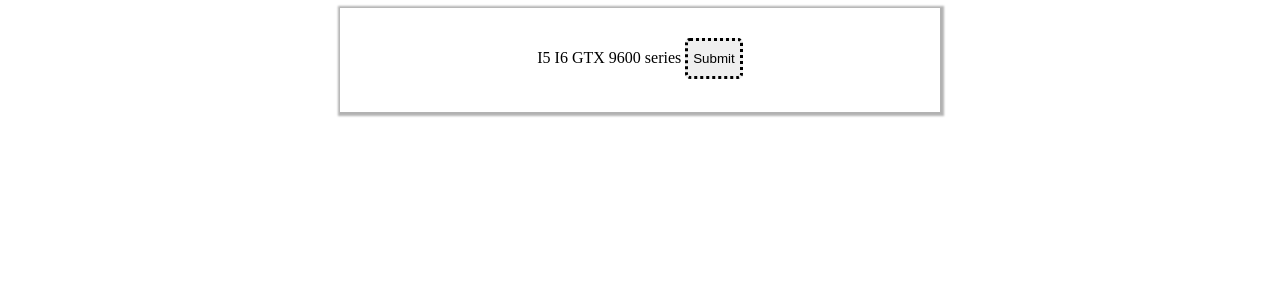
Repository: maxigarrett/2doAnio2doCuatrimestre
Page: http://localhost/primeraWeb1/ManejoSesiones/adicionales.jsp
The author's editor kept a copy of each file at every save. The page is drawn from the files as they stood at one save, then again after the next save.
The browser window is 1280 px wide. The pictures show the whole page.
The page is served by Tomcat 9.

Above is the page before, as saved 2020-11-09 13:13:56.

### tec java eclipse/primeraWeb1/WebContent/ManejoSesiones/adicionales.jsp
<%@ page language="java" contentType="text/html; charset=ISO-8859-1"
    pageEncoding="ISO-8859-1"%>
<!DOCTYPE html PUBLIC "-//W3C//DTD HTML 4.01 Transitional//EN" "http://www.w3.org/TR/html4/loose.dtd">
<html>
<head>
<meta http-equiv="Content-Type" content="text/html; charset=ISO-8859-1">
<title>Insert title here</title>
<link rel="stylesheet" href="styles.css">
</head>
<body>
	<div class="form-inicio">
		<form class="form-datos"  action="cargaDatos.jsp" method="post">

			<input type="checkbox" name="procesadori5" value="i5" >I5
			<input type="checkbox" name="procesadori6" value="i6">I6
			<input type="checkbox" name="gpu" value="GTX 9600 series">GTX 9600 series

			<input type="submit">

		</form>
	</div>
</body>
</html>

### tec java eclipse/primeraWeb1/WebContent/ManejoSesiones/styles.css
@charset "ISO-8859-1";

.form-inicio
{
	width: 80%;
	max-width: 600px;
	margin: auto;
	display: flex;
	flex-direction:column;
	justify-content: center;
	align-items: center;
	box-shadow: 1px 1px 2px 3px  rgba(0, 0, 0, .3);
}
.form-inicio form
{
	padding: 30px 0;
}
.form-inicio form > input
{
	border: none;
	border-radius: 5px;
	padding: 10px 5px;
	margin-bottom: 3px;
	border: dotted;
}
.form-inicio h3
{
	animation: colores 2s;
	animation-timing-function: linear;
    animation-duration: 3s;
	animation-iteration-count: infinite;
}

@keyframes colores
{
  0%
  {
    color: black;
  }
  50%
  {
    color:red;
  }

}



/*ESTILOS FORM DE PC QUE DESEA COMPRAR*/
.form-inicio .form-datos  input[type="checkbox"]
{
	display: none;
}
.form-inicio .form-datos label
{
	 color: #0074D9;
    display: inline-block;
    padding: 5px 5px 5px 51px;/*sentido horario*/
    position: relative;
    font-size: 14px;
    border-radius: 3px;
    cursor: pointer;
    transition: all 1.2s ease;
    font-weight: 600;
}
.form-inicio .form-datos label:hover
{
	background-color: rgba(0, 116, 217, 0.1);
}
.form-inicio .form-datos label::before
{
	content:"";
	display: inline-block;
    width: 17px;
    height: 17px;
    border: 3px solid #0074D9;
    position: absolute;
    top: 4px;
    left: 5px;
}
.form-inicio .form-datos input[type="checkbox"]:checked +label
{
	padding: 7px 15px;
    background-color: #0074D9;
    color: #fff;
    border-radius: 2px;
}
.form-inicio .form-datos input[type="checkbox"]:checked +label::before
{
	display:none;
}

After the next save:
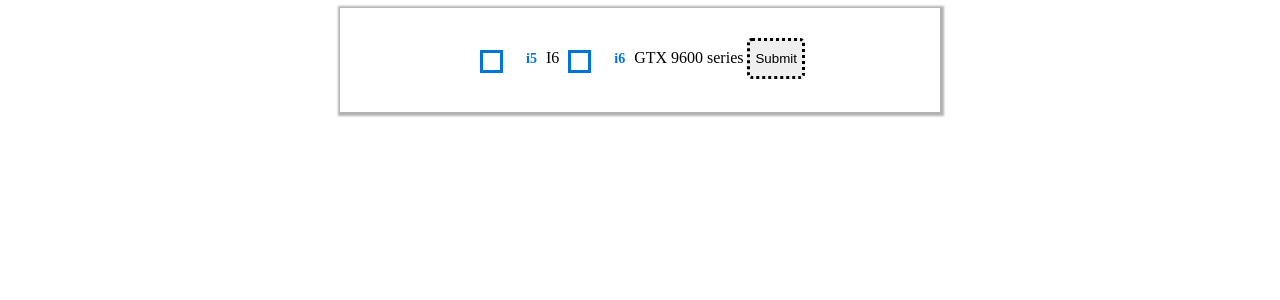
Saved 118 s later.
--- a/tec java eclipse/primeraWeb1/WebContent/ManejoSesiones/adicionales.jsp
+++ b/tec java eclipse/primeraWeb1/WebContent/ManejoSesiones/adicionales.jsp
@@ -11,8 +11,13 @@
 	<div class="form-inicio">
 		<form class="form-datos"  action="cargaDatos.jsp" method="post">
 
-			<input type="checkbox" name="procesadori5" value="i5" >I5
+			<input type="checkbox" name="procesadori5" value="i5" id="proci5">
+			<label for="proci5">i5</label>
+
 			<input type="checkbox" name="procesadori6" value="i6">I6
+
+			<label for="proc5">i6</label>
+
 			<input type="checkbox" name="gpu" value="GTX 9600 series">GTX 9600 series
 
 			<input type="submit">
